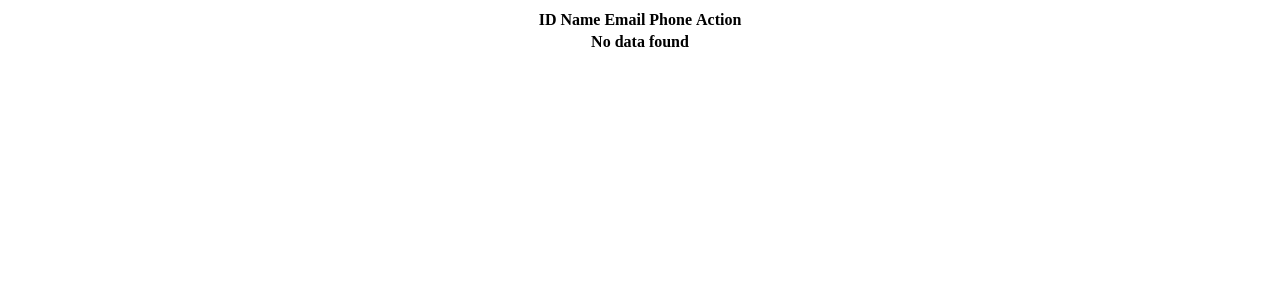
Repository: rkrukshan/CRUD-with-Laravel-V.10-Breeze
Page: http://localhost/students
The author's editor kept a copy of each file at every save. The page is drawn from the files as they stood at one save, then again after the next save.
The browser window is 1280 px wide. The pictures show the whole page.
The page is served by the project's Laravel application, run on PHP 8.4 with Laravel 10. A made-up administrator, Test User (test@example.com), is signed in. Other server files are loaded and not shown. Queries for data that is not in the repository find no rows.

Above is the page before, as saved 2023-11-15 11:35:07.

### app/Providers/AppServiceProvider.php
<?php

namespace App\Providers;

use Illuminate\Support\Facades\Schema;
use Illuminate\Support\ServiceProvider;

class AppServiceProvider extends ServiceProvider
{
    /**
     * Register any application services.
     */
    public function register(): void
    {
        //
    }

    /**
     * Bootstrap any application services.
     */
    public function boot(): void
    {
        Schema::defaultStringLength('191');
    }
}

### routes/web.php
<?php

use App\Http\Controllers\ProfileController;
use App\Http\Controllers\StudentController;
use Illuminate\Support\Facades\Route;

/*
|--------------------------------------------------------------------------
| Web Routes
|--------------------------------------------------------------------------
|
| Here is where you can register web routes for your application. These
| routes are loaded by the RouteServiceProvider and all of them will
| be assigned to the "web" middleware group. Make something great!
|
*/

Route::get('/', function () {
    return view('welcome');
});

Route::get('/dashboard', function () {
    return view('dashboard');
})->middleware(['auth', 'verified'])->name('dashboard');

Route::middleware('auth')->group(function () {
    Route::get('/profile', [ProfileController::class, 'edit'])->name('profile.edit');
    Route::patch('/profile', [ProfileController::class, 'update'])->name('profile.update');
    Route::delete('/profile', [ProfileController::class, 'destroy'])->name('profile.destroy');
});

require __DIR__.'/auth.php';


Route::controller(StudentController::class)->group(function () {
    Route::get('/add-student', 'create');
    Route::post('/add-student', 'store');
    Route::get('/students', 'index');
});

### app/Http/Controllers/StudentController.php
<?php

namespace App\Http\Controllers;

use App\Models\Student;
use Illuminate\Http\Request;
use App\Http\Requests\StudentFormRequest;

class StudentController extends Controller
{
    /**
     * Display a listing of the resource.
     */
    public function index()
    {
        $records = Student::all();
        return view('student.index',compact('records'));
    }

    /**
     * Show the form for creating a new resource.
     */
    public function create()
    {
        $records = Student::all();
        return view('student.create',compact('records'));
    }

    /**
     * Store a newly created resource in storage.
     */
    public function store(StudentFormRequest $request)
    {
        $data=$request->validated();
        $student=Student::create($data);
        return redirect('/add-student')->with('message','Saved Successfully');
    }

    /**
     * Display the specified resource.
     */
    public function show(string $id)
    {
        //
    }

    /**
     * Show the form for editing the specified resource.
     */
    public function edit(string $id)
    {
        //
    }

    /**
     * Update the specified resource in storage.
     */
    public function update(Request $request, string $id)
    {
        //
    }

    /**
     * Remove the specified resource from storage.
     */
    public function destroy(string $id)
    {
        //
    }
}

### app/Models/Student.php
<?php

namespace App\Models;

use Illuminate\Database\Eloquent\Factories\HasFactory;
use Illuminate\Database\Eloquent\Model;

class Student extends Model
{
    use HasFactory;


    protected $fillable=['name','email','phone'];
}

### resources/views/student/index.blade.php

<center>
    <table class="hover:table-fixed">
        <tr>
            <th width=5 class="border border-slate-700 text-white ">ID</th>
            <th width=5 class="border border-slate-700 text-white ">Name</th>
            <th width=5 class="border border-slate-700 text-white ">Email</th>
            <th width=5 class="border border-slate-700 text-white ">Phone</th>
            <th width=5 class="border border-slate-700 text-white ">Action</th>
        </tr>
        <tbody>
              @forelse ($records as $record)
              <tr>
                <td class="border border-slate-700 text-white ">{{ $record->id }}</td>
                 <td class="border border-slate-700 text-white ">{{ $record->name }}</td>
                 <td class="border border-slate-700 text-white ">{{ $record->email }}</td>
                 <td class="border border-slate-700 text-white ">{{ $record->phone }}</td>
                 <td class="border border-slate-700 text-white">
                    <button class="bg-blue-500 hover:bg-blue-700 text-white font-bold py-2 px-4 rounded">Edit</button>
                 <button class="bg-red-500 hover:bg-blue-700 text-white font-bold py-2 px-4 rounded">Delete</button>
                </td>
             </tr>
              @empty
             <th colspan="5" class="text-white">No data found</th>
              @endforelse

        </tbody>
    </table>
</center>

Loaded but not shown: routes/auth.php (common file); app/Http/Controllers/Auth/EmailVerificationPromptController.php (common file); app/Http/Controllers/Controller.php (common file); app/Http/Controllers/Auth/VerifyEmailController.php (common file); app/Models/User.php (common file)

After the next save:
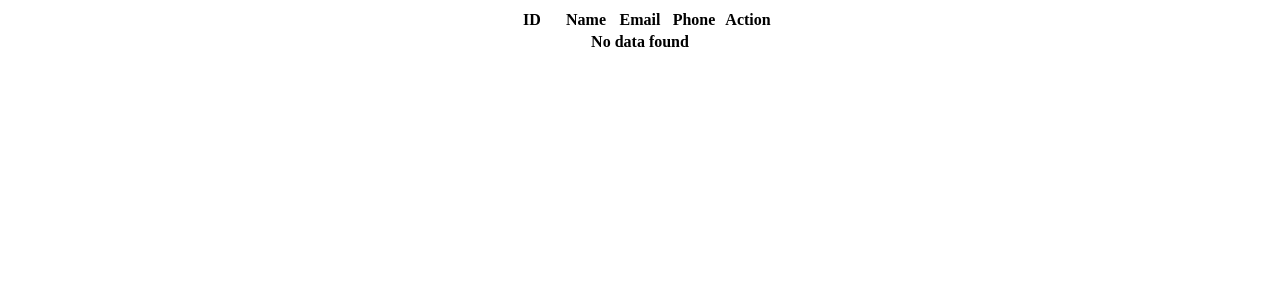
Saved 5 s later.
--- a/resources/views/student/index.blade.php
+++ b/resources/views/student/index.blade.php
@@ -2,11 +2,11 @@
 <center>
     <table class="hover:table-fixed">
         <tr>
-            <th width=5 class="border border-slate-700 text-white ">ID</th>
-            <th width=5 class="border border-slate-700 text-white ">Name</th>
-            <th width=5 class="border border-slate-700 text-white ">Email</th>
-            <th width=5 class="border border-slate-700 text-white ">Phone</th>
-            <th width=5 class="border border-slate-700 text-white ">Action</th>
+            <th width=50 class="border border-slate-700 text-white ">ID</th>
+            <th width=50 class="border border-slate-700 text-white ">Name</th>
+            <th width=50 class="border border-slate-700 text-white ">Email</th>
+            <th width=50 class="border border-slate-700 text-white ">Phone</th>
+            <th width=50 class="border border-slate-700 text-white ">Action</th>
         </tr>
         <tbody>
               @forelse ($records as $record)
